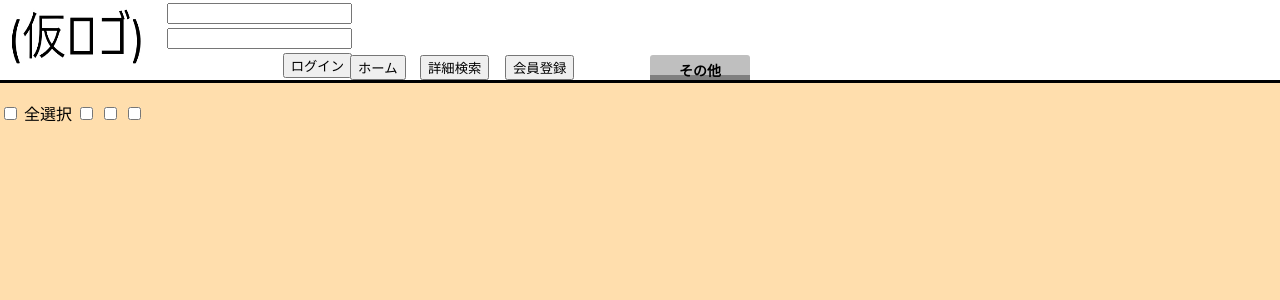
Repository: k0816/backup-master
Page: http://localhost/cycle/ToNewUserAction
An editor plug-in stored every save of this project. The page is shown before and after the next save, followed by the edit.
The browser window is 1280 px wide. The pictures show the whole page.
The page is served by Tomcat 9. Other server files are loaded and not shown.

Above is the page before, as saved 2018-01-24 15:09:19.

### cycle/WebContent/toNewUser.jsp
<%@ page language="java" contentType="text/html; charset=UTF-8"
	pageEncoding="UTF-8"%>
<%@ taglib prefix="s" uri="/struts-tags"%>
<!DOCTYPE html>
<html>
<head>
<meta charset="utf-8">
<meta http-equiv="Content-Type" content="text/html; charset=utf-8" />
<meta http-equiv="Content-Style-Type" content="text/css" />
<meta http-equiv="Content-Script-Type" content="text/javascript" />
<meta http-equiv="imagetoolbar" content="no" />
<meta name="description" content="" />
<meta name="keywords" content="" />
<title>初めての方へ</title>
<style type="text/css">
</style>
<script  type="text/javascript">
<!--
function AllChecked(){
  var check =  document.form.aaa.checked;

  for (var i=0; i<document.form.bbb.length; i++){
    document.form.bbb[i].checked = check;
  }
}
//-->
</script>
</head>
<body>
<jsp:include page="/include.jsp" flush="true" />

<form name="form" method="GET">
<input type="checkbox" name="aaa" onClick="AllChecked();" /> 全選択

<input type="checkbox" name="bbb" />
<input type="checkbox" name="bbb" />
<input type="checkbox" name="bbb" />

</form>
</body>
</html>

### cycle/WebContent/include.jsp
<%@ page language="java" contentType="text/html; charset=UTF-8"
	pageEncoding="UTF-8"%>
<%@ taglib prefix="s" uri="/struts-tags"%>
<!DOCTYPE html PUBLIC "-//W3C//DTD HTML 4.01 Transitional//EN" "http://www.w3.org/TR/html4/loose.dtd">
<html>
<head>
<meta http-equiv="Content-Type" content="text/html; charset=utf-8" />
<meta http-equiv="Content-Style-Type" content="text/css" />
<meta http-equiv="Content-Script-Type" content="text/javascript" />
<meta http-equiv="imagetoolbar" content="no" />
<meta name="description" content="" />
<meta name="keywords" content="" />
<title>JSP共通設定</title>
<style type="text/css">

#header {
	width: 100%;
	height: 80px;
	background-color: white;
	border-bottom: 3px solid black;
	/* position: fixed; */
}

#welcome {
	position: absolute;
	left: 160px;
	top: 0px;
}

.botan {
	position: absolute;
	top: 55px;
}

#home {
	position: absolute;
	left: 350px;
}

#search {
	position: absolute;
	left: 420px;
}

#createORmypage {
	position: absolute;
	left: 505px;
}

#other {
	position: absolute;
	left: 650px;
}

body {
	/* background: url("./image/wood.jpg"); */
	background: #FFDEAD;
	margin: 0;
	padding: 0;
}
/* ドロップダウンメニューについて */
#dropmenu {
	list-style-type: none;
	width: 100px;
	height: 20px;
	margin: 0px auto 0px;
	padding: 0;
	background: #bfbfbf;
	border-bottom: 5px solid #7f7f7f;
	border-radius: 3px 3px 0 0;;
}

#dropmenu li {
	position: relative;
	width: 100%;
	float: left;
	margin: 0;
	padding: 0;
	text-align: center;
}

#dropmenu li a {
	display: block;
	margin: 0;
	padding: 10px;
	color: black;
	font-size: 14px;
	font-weight: bold;
	line-height: 1;
	text-decoration: none;
}

#dropmenu li:hover>a {
	background: #bfbfbf;;
	color: #eff7b1;
}

#dropmenu>li:hover>a {
	border-radius: 3px 3px 0 0;
}

#dropmenu li ul {
	list-style: none;
	position: absolute;
	top: 100%;
	left: 0;
	margin: 0;
	padding: 0;
	border-radius: 0 0 3px 3px;
}

#dropmenu li ul li {
	overflow: hidden;
	width: 100%;
	height: 0;
	color: #fff;
	-moz-transition: .2s;
	-webkit-transition: .2s;
	-o-transition: .2s;
	-ms-transition: .2s;
	transition: .2s;
}

#dropmenu li ul li a {
	padding: 13px 13px;
	background: #bfbfbf;
	text-align: center;
	font-size: 12px;
	font-weight: normal;
}

#dropmenu li:hover ul li {
	overflow: visible;
	height: 38px;
	border-top: 1px solid #bfbfbf;
	border-bottom: 1px solid #616d0b;
}

#dropmenu li:hover ul li:first-child {
	border-top: 0;
}

#dropmenu li:hover ul li:last-child {
	border-bottom: 0;
}

#dropmenu li:hover ul li:last-child a {
	border-radius: 0 0 3px 3px;
}
</style>
</head>
<body>
	<div id="header">
          <a href="GoHomeAction"><img src="image\logotest.jpg" width="150" height="80"></a>

		<div id="welcome">  <!-- ログイン情報入力フォーム-->
			<s:if test="#session.loginUser != null">
ようこそ！<s:property value="#session.loginUser.getUserName()" escape="false" />様！
            </s:if>
            <s:else>
            <s:form id="form" name="form" action="LoginAction">
				<div id="address"><s:textfield name="loginAddress"/></div>
				<div id="password"><s:password name="loginPassword"/></div>
				<s:hidden name="userName" value='<s:property value="userName"/>'/>
				<s:hidden name="userId" value='<s:propety value="userId"/>'/>
				<div id="login"><s:submit value="ログイン"/></div>
			</s:form>
            </s:else>
            </div>

	<div class="botan">
			<div id="home">
				<form action="GoHomeAction">
					<input type="submit" value="ホーム" />
				</form>
			</div>
			<div id="search">
				<form action="PartySearchAction">
					<input type="submit" value="詳細検索" />
				</form>
			</div>
			<div id=createORmypage>
			<s:hidden name="loginAddress" value="%{loginAddress}"/>
			<s:hidden name="loginPassword" value="%{loginPassword}"/>
			<s:hidden name="userId" value="%{userId}"/>
			<s:hidden name="userName" value="%{userName}"/>
			<s:if test="#session.loginUser !=null">
				<ul id="dropmenu">
					<li><a href="#">マイページ</a>
						<ul>
							<li><a href="NicePartyListAction">いいね！</a></li>
							<li><a href="PartyJoinHistoryAction">参加履歴</a></li>
							<li><a href="UserInfoAction">登録情報確認</a></li>
							<li><a href="PartySearchNEWAction">商品検索</a></li>

						</ul>
					</li>
				</ul>
			</s:if>
			<s:else>
				<form action="UserCreateAction">
					<input type="submit" value="会員登録" />
				</form>
			</s:else>
			</div>

		<!-- ドロップダウンメニュー -->
		<div id="other">
		<ul id="dropmenu">
			<li><a href="#">その他</a>
				<ul>
					<li><a href="ToNewUserAction">お知らせ</a></li>
					<li><a href="ToNewUserAction">初めての方へ</a></li>
					<li><a href="#">会社概要</a></li>
					<li><a href="#">お問い合わせ</a></li>
					<li><s:if test="#session.loginUser !=null">
							<a href="LogoutAction">ログアウト</a>
						</s:if></li>
				</ul>
			</li>
		</ul>
		</div>
	</div>
	</div>
	<br>
</body>
</html>

After the next save:
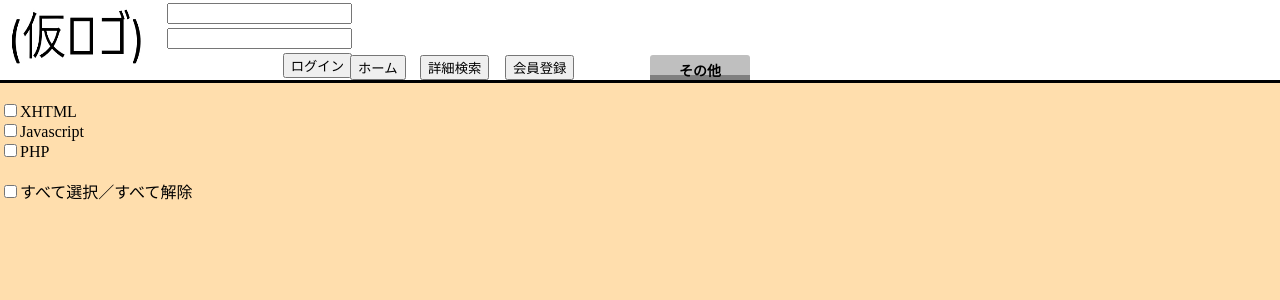
Saved 103 s later.
--- a/cycle/WebContent/toNewUser.jsp
+++ b/cycle/WebContent/toNewUser.jsp
@@ -14,28 +14,28 @@
 <title>初めての方へ</title>
 <style type="text/css">
 </style>
-<script  type="text/javascript">
-<!--
-function AllChecked(){
-  var check =  document.form.aaa.checked;
-
-  for (var i=0; i<document.form.bbb.length; i++){
-    document.form.bbb[i].checked = check;
-  }
-}
-//-->
+<script type="text/javascript">
+//<![CDATA[
+    flag =false;
+    function allChange(){
+        flag = !flag;
+        var chkbox = document.getElementsByName('check');
+        for(i = 0; i < chkbox.length; i++){
+            chkbox[i].checked = flag;
+        }
+    }
+//]]>
 </script>
 </head>
 <body>
 <jsp:include page="/include.jsp" flush="true" />
 
-<form name="form" method="GET">
-<input type="checkbox" name="aaa" onClick="AllChecked();" /> 全選択
-
-<input type="checkbox" name="bbb" />
-<input type="checkbox" name="bbb" />
-<input type="checkbox" name="bbb" />
-
+<form>
+<label><input name="check" value="1" type="checkbox" />XHTML</label><br />
+<label><input name="check" value="2" type="checkbox" />Javascript</label><br />
+<label><input name="check" value="3" type="checkbox"/>PHP</label><br />
+<br />
+<label><input name="selectall" onclick="allChange(this.checked);" type="checkbox" />すべて選択／すべて解除</label><br />
 </form>
 </body>
 </html>
